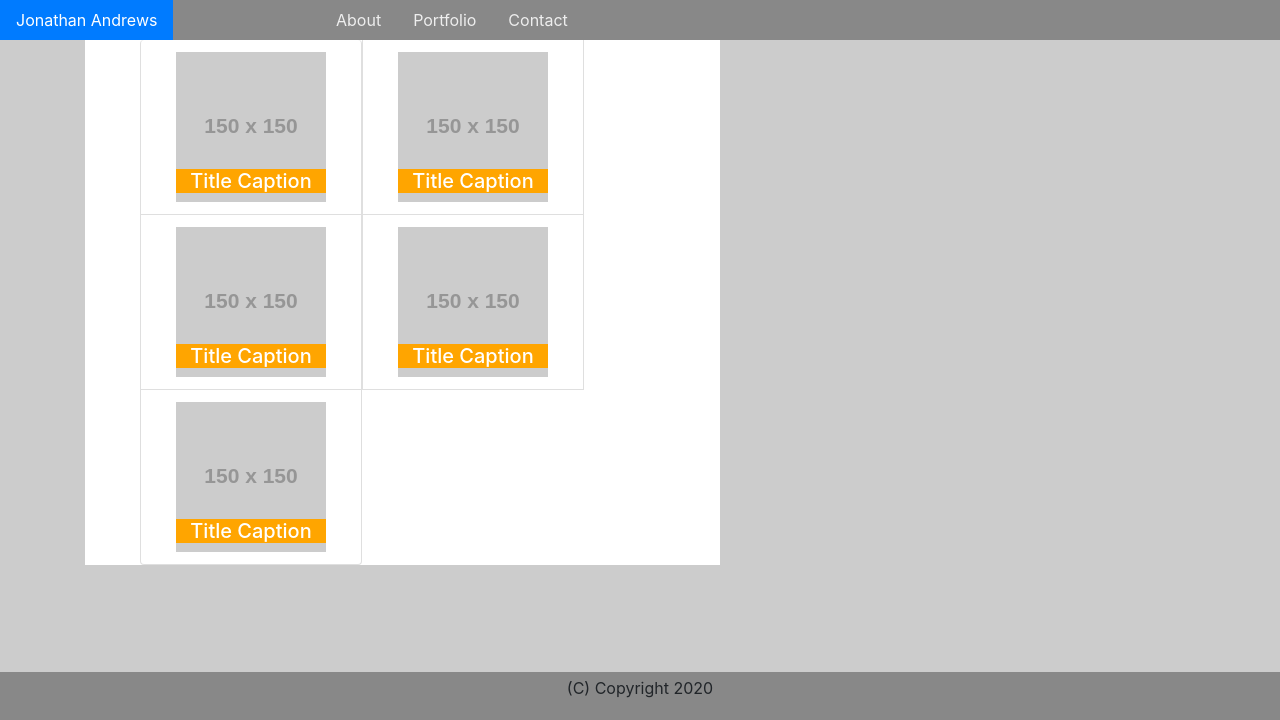
Repository: ionathas78/ionathas78.github.io
Page: portfolio.html
These files come from the project's save history. The page is drawn as it stood at one moment and after the next save; the edit follows.
The browser window is 1280 px wide. The pictures show the whole page.

Above is the page before, as saved 2020-03-17 18:57:10.

### portfolio.html
<!DOCTYPE html>
<html lang="en">
<head>
    <meta charset="UTF-8">
    <meta name="viewport" content="width=device-width, initial-scale=1.0">
    <title>Jonathan Andrews</title>

    <link rel="stylesheet" href="https://stackpath.bootstrapcdn.com/bootstrap/4.4.1/css/bootstrap.min.css" integrity="sha384-Vkoo8x4CGsO3+Hhxv8T/Q5PaXtkKtu6ug5TOeNV6gBiFeWPGFN9MuhOf23Q9Ifjh" crossorigin="anonymous">
    <style type="text/CSS">.list-group-item, li:first-child {border-top: 0;}</style>
</head>
<body style="background-color: #ccc">
    <header>
        <ul class="nav col-sm-12 col-med-3 col-lg-3 float-left" style="background-color: #888;">
            <li class="nav-item bg-primary">
              <a class="nav-link active" href="#" style="color: white;">Jonathan Andrews</a>
            </li>
        </ul>
        <ul class="nav col-sm-12 col-med-9 col-lg-9 float-left" style="background-color: #888;">
            <li class="nav-item">
              <a class="nav-link" href="index.html" style="color: #eee;">About</a>
            </li>
            <li class="nav-item">
              <a class="nav-link active" href="portfolio.html" style="color: #eee;">Portfolio</a>
            </li>
            <li class="nav-item">
                <a class="nav-link" href="contact.html" style="color: #eee;">Contact</a>
            </li>
        </ul>
    </header>

    <div class="container">
        <div class="row" style="clear:both;">
            <div class="col-sm-9 col-md-8 col-lg-7">
                <div class="container clearfix" style="background-color: white;">
                    <!-- <ul class="list-group list-group-horizontal float-left"> -->
                    <ul style="align-content: center;">
                        <li class="list-group-item float-left">
                            <div class="container">
                                <a style="position: relative;" href="" target="_blank"><img src="https://via.placeholder.com/150" alt="Placeholder Item Image"/></a>
                                <h5 style="position: absolute; background-color: orange; color: white; bottom: 1vw; width: 150px; text-align: center;">Title Caption</h5>
                            </div>
                        </li>
                        <li class="list-group-item float-left">
                            <div class="container">
                                <a style="position: relative;" href="" target="_blank"><img src="https://via.placeholder.com/150" alt="Placeholder Item Image"/></a>
                                <h5 style="position: absolute; background-color: orange; color: white; bottom: 1vw; width: 150px; text-align: center;">Title Caption</h5>
                            </div>
                        </li>
                        <li class="list-group-item float-left">
                            <div class="container">
                                <a style="position: relative;" href="" target="_blank"><img src="https://via.placeholder.com/150" alt="Placeholder Item Image"/></a>
                                <h5 style="position: absolute; background-color: orange; color: white; bottom: 1vw; width: 150px; text-align: center;">Title Caption</h5>
                            </div>
                        </li>
                        <li class="list-group-item float-left">
                            <div class="container">
                                <a style="position: relative;" href="" target="_blank"><img src="https://via.placeholder.com/150" alt="Placeholder Item Image"/></a>
                                <h5 style="position: absolute; background-color: orange; color: white; bottom: 1vw; width: 150px; text-align: center;">Title Caption</h5>
                            </div>
                        </li>
                        <li class="list-group-item float-left">
                            <div class="container">
                                <a style="position: relative;" href="" target="_blank"><img src="https://via.placeholder.com/150" alt="Placeholder Item Image"/></a>
                                <h5 style="position: absolute; background-color: orange; color: white; bottom: 1vw; width: 150px; text-align: center;">Title Caption</h5>
                            </div>
                        </li>
                      </ul>
                </div>
            </div>
        </div>
    </div>

    <footer style="position: fixed; bottom: 0; background-color: #888; width: 100%;">
        <p style="line-height: 200%; text-align: center;">
            (C) Copyright 2020
        </p>
    </footer>
    <!-- JS Scripts -->

    <script src="https://code.jquery.com/jquery-3.4.1.slim.min.js" integrity="sha384-J6qa4849blE2+poT4WnyKhv5vZF5SrPo0iEjwBvKU7imGFAV0wwj1yYfoRSJoZ+n" crossorigin="anonymous"></script>
    <script src="https://cdn.jsdelivr.net/npm/popper.js@1.16.0/dist/umd/popper.min.js" integrity="sha384-Q6E9RHvbIyZFJoft+2mJbHaEWldlvI9IOYy5n3zV9zzTtmI3UksdQRVvoxMfooAo" crossorigin="anonymous"></script>
    <script src="https://stackpath.bootstrapcdn.com/bootstrap/4.4.1/js/bootstrap.min.js" integrity="sha384-wfSDF2E50Y2D1uUdj0O3uMBJnjuUD4Ih7YwaYd1iqfktj0Uod8GCExl3Og8ifwB6" crossorigin="anonymous"></script>
</body>
</html>

After the next save:
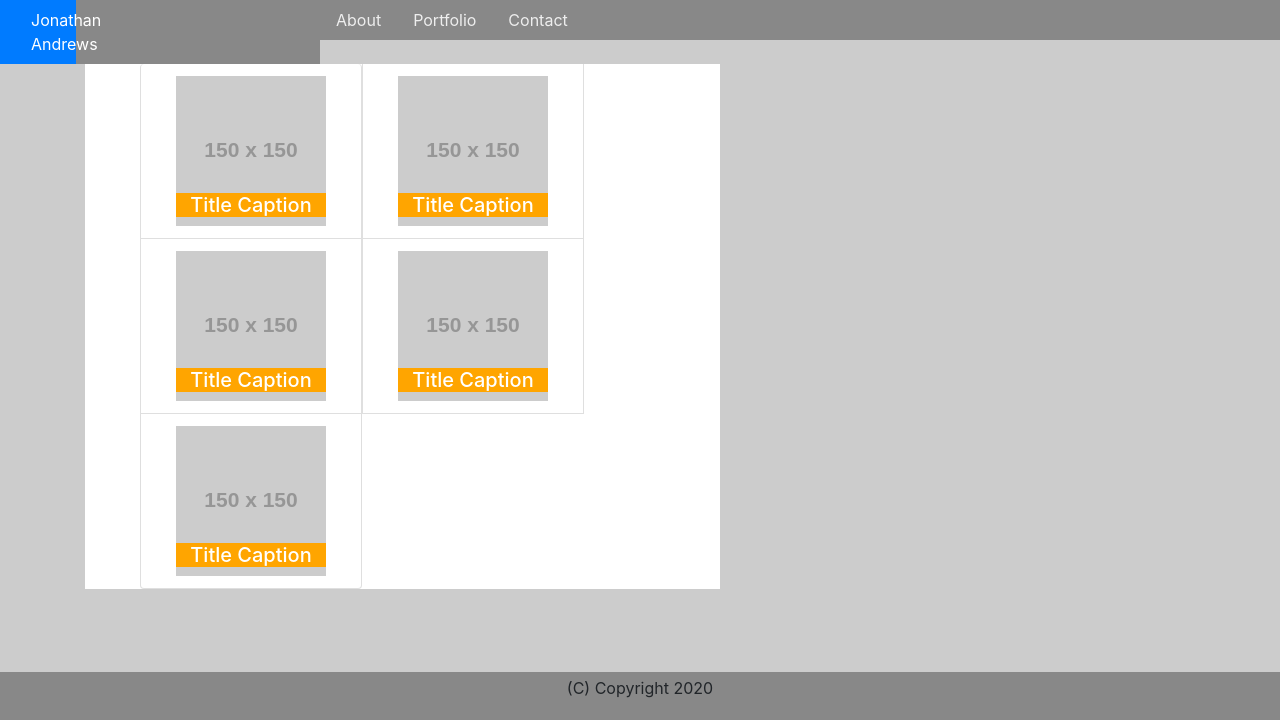
Saved 2 min 14 s later.
--- a/portfolio.html
+++ b/portfolio.html
@@ -11,7 +11,7 @@
 <body style="background-color: #ccc">
     <header>
         <ul class="nav col-sm-12 col-med-3 col-lg-3 float-left" style="background-color: #888;">
-            <li class="nav-item bg-primary">
+            <li class="nav-item bg-primary col-sm-12 col-med-3 col-lg-3">
               <a class="nav-link active" href="#" style="color: white;">Jonathan Andrews</a>
             </li>
         </ul>

After the save that followed:
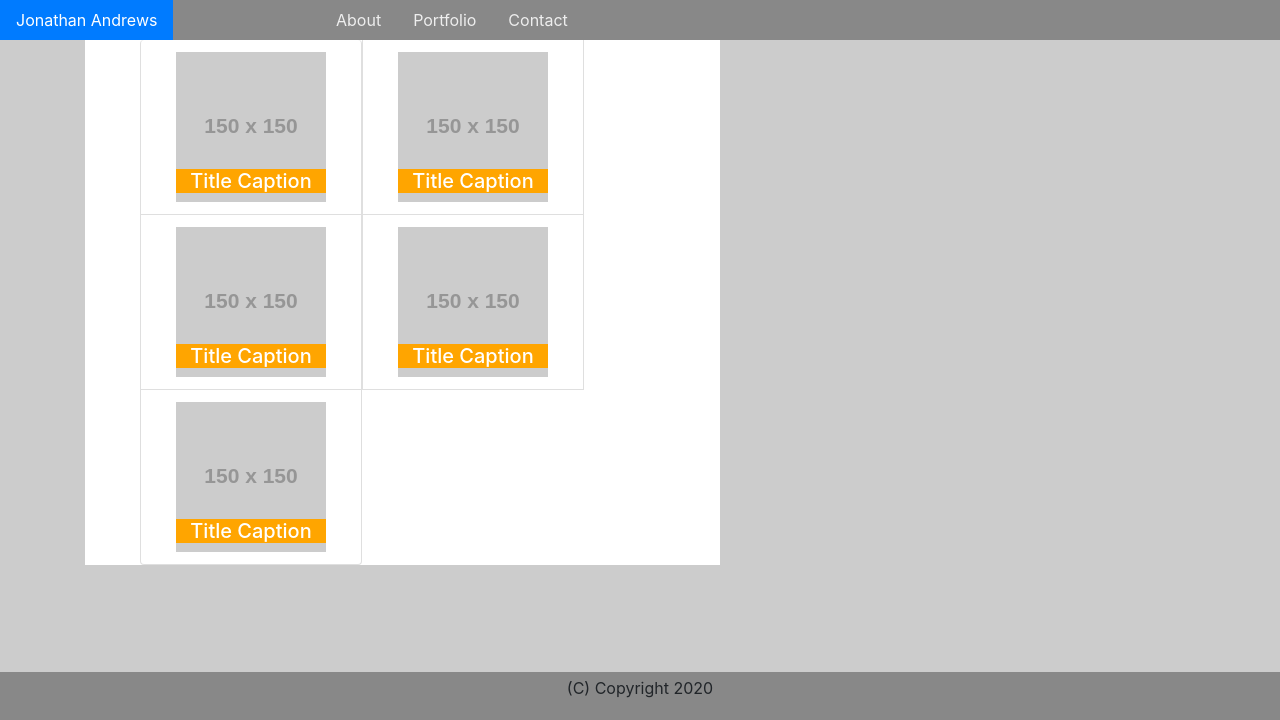
Saved 7 s later.
--- a/portfolio.html
+++ b/portfolio.html
@@ -11,7 +11,7 @@
 <body style="background-color: #ccc">
     <header>
         <ul class="nav col-sm-12 col-med-3 col-lg-3 float-left" style="background-color: #888;">
-            <li class="nav-item bg-primary col-sm-12 col-med-3 col-lg-3">
+            <li class="nav-item bg-primary">
               <a class="nav-link active" href="#" style="color: white;">Jonathan Andrews</a>
             </li>
         </ul>
